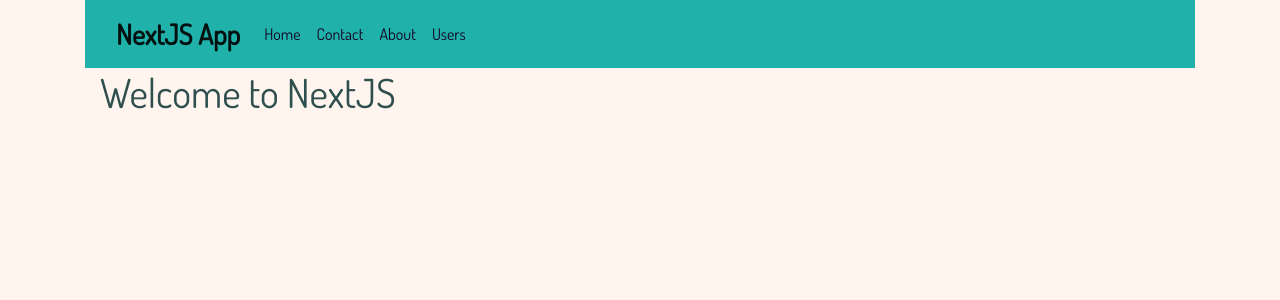
Repository: CaptainStorm21/NextJS-React16
Page: /
The author's editor kept a copy of each file at every save. The page is drawn from the files as they stood at one save, then again after the next save.
The browser window is 1280 px wide. The pictures show the whole page.
The page's requests for data from a server got no answer. The project was rebuilt for these pictures with package versions that can differ from the ones it lists, and the page was loaded fresh each time. The framework's server and built-in components were replaced by stand-ins that run in the browser. No one was signed in, and anything a server would have sent is missing. Also part of the build but not shown: static/css/main.css.

Above is the page before, as saved 2020-06-10 18:02:19.

After the next save:
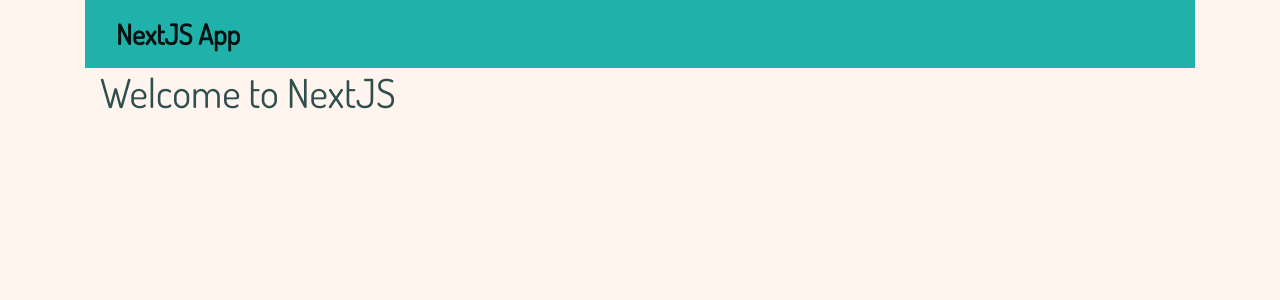
Saved 17 s later.
--- a/components/includes/Header.js
+++ b/components/includes/Header.js
@@ -10,7 +10,7 @@
             <a className="navbar-brand">NextJS App</a>
           </Link>
 
-          <div className="collapse navbar-collapse navbar-expand-sm">
+          <div className="collapse navbar-expand-sm">
             <div className="navbar-nav">
               <Link href="/">
                 <a className="nav-item nav-link">Home</a>

After the 3 saves that followed:
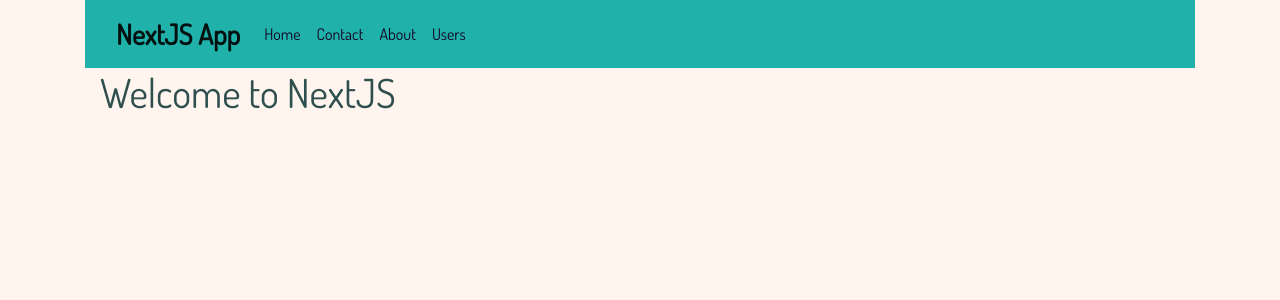
The 3 saves are shown as one change because they came seconds apart.
The last was saved 10 s later.
--- a/components/includes/Header.js
+++ b/components/includes/Header.js
@@ -5,12 +5,12 @@
   <>
     <header>
       <div className="container">
-        <nav className="navbar navbar-expand-lg navbar-light">
+        <nav className="navbar navbar-expand-lg navbar-expand-sm navbar-light">
           <Link href="/">
             <a className="navbar-brand">NextJS App</a>
           </Link>
 
-          <div className="collapse navbar-expand-sm">
+          <div className="collapse navbar-collapse ">
             <div className="navbar-nav">
               <Link href="/">
                 <a className="nav-item nav-link">Home</a>
